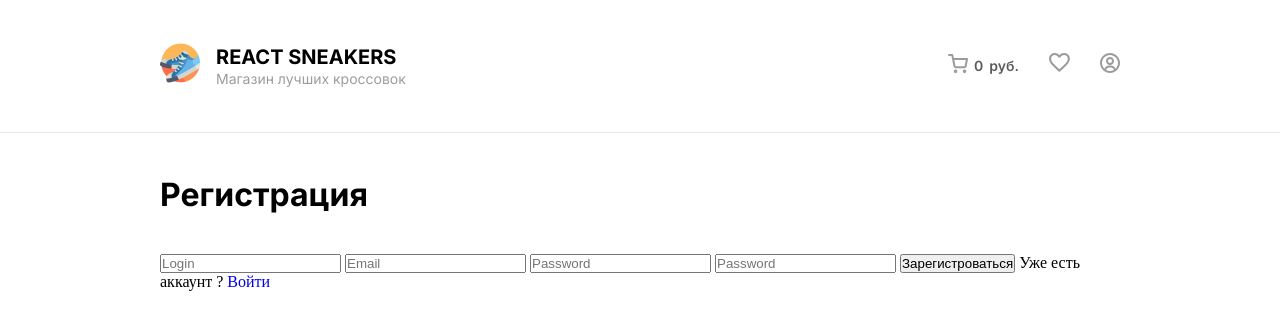
Repository: maxbirimkulov/sneakers20
Page: src/pages/register.html
These files come from the project's save history. The page is drawn as it stood at one moment and after the next save; the edit follows.
The browser window is 1280 px wide. The pictures show the whole page.
The style sheet was rebuilt from its Sass, Less or Tailwind sources for each picture, by a compiler version that may differ from the author's.

Above is the page before, as saved 2022-11-12 20:46:12.

### src/pages/register.html
<!DOCTYPE html>
<html lang="en">
  <head>
    <meta charset="UTF-8" />
    <meta
      name="viewport"
      content="width=device-width, user-scalable=no, initial-scale=1.0, maximum-scale=1.0, minimum-scale=1.0"
    />
    <meta http-equiv="X-UA-Compatible" content="ie=edge" />
    <title>Document</title>
    <link rel="stylesheet" href="../css/style.css" />
  </head>
  <body>
    <div class="floor">
      <header class="header">
        <div class="container">
          <nav class="header__nav">
            <div class="header__logo">
              <img
                src="../images/mainLogo.png"
                alt="Logo"
                class="header__logo-img"
              />
              <div class="header__logo-text">
                <h1 class="header__logo-title">
                  <a href="../../index.html" class="header__logo-title-link"
                    >react sneakers</a
                  >
                </h1>
                <p class="header__logo-subtitle">
                  <a href="../../index.html" class="header__logo-subtitle"
                    >Магазин лучших кроссовок</a
                  >
                </p>
              </div>
            </div>
            <div class="header__links">
              <p class="header__links-basket">
                <span class="header__links-basket-logo"
                  ><svg
                    width="20"
                    height="20"
                    viewBox="0 0 20 20"
                    fill="none"
                    xmlns="http://www.w3.org/2000/svg"
                  >
                    <path
                      d="M7.54548 18.1818C7.99735 18.1818 8.36366 17.8155 8.36366 17.3636C8.36366 16.9118 7.99735 16.5455 7.54548 16.5455C7.09361 16.5455 6.72729 16.9118 6.72729 17.3636C6.72729 17.8155 7.09361 18.1818 7.54548 18.1818Z"
                      stroke="#9B9B9B"
                      stroke-width="2"
                      stroke-linecap="round"
                      stroke-linejoin="round"
                    />
                    <path
                      d="M16.5455 18.1818C16.9973 18.1818 17.3637 17.8155 17.3637 17.3636C17.3637 16.9118 16.9973 16.5455 16.5455 16.5455C16.0936 16.5455 15.7273 16.9118 15.7273 17.3636C15.7273 17.8155 16.0936 18.1818 16.5455 18.1818Z"
                      stroke="#9B9B9B"
                      stroke-width="2"
                      stroke-linecap="round"
                      stroke-linejoin="round"
                    />
                    <path
                      d="M1 1H4.27273L6.46545 11.9555C6.54027 12.3321 6.7452 12.6705 7.04436 12.9113C7.34351 13.1522 7.71784 13.2801 8.10182 13.2727H16.0545C16.4385 13.2801 16.8129 13.1522 17.112 12.9113C17.4112 12.6705 17.6161 12.3321 17.6909 11.9555L19 5.09091H5.09091"
                      stroke="#9B9B9B"
                      stroke-width="2"
                      stroke-linecap="round"
                      stroke-linejoin="round"
                    />
                  </svg>
                </span>
                <span class="total">0</span> руб.
              </p>
              <a href="./favorites.html" class="header__links-favorites"
                ><span class="header__links-favorites-logo"
                  ><svg
                    width="21"
                    height="19"
                    viewBox="0 0 21 19"
                    fill="none"
                    xmlns="http://www.w3.org/2000/svg"
                  >
                    <path
                      d="M15.1003 0C16.7293 0 18.0976 0.54932 19.2052 1.64796C20.3129 2.7466 20.8668 4.08759 20.8668 5.67092C20.8668 6.44643 20.7039 7.23002 20.3781 8.02169C20.0523 8.81335 19.6939 9.51616 19.303 10.1301C18.912 10.744 18.2523 11.5357 17.3238 12.5051C16.3953 13.4745 15.6134 14.2581 14.9781 14.8559C14.3428 15.4537 13.3248 16.3665 11.9239 17.5944L10.4089 18.9515L8.89403 17.6429C7.52572 16.3827 6.51577 15.4537 5.8642 14.8559C5.21262 14.2581 4.42258 13.4745 3.49408 12.5051C2.56559 11.5357 1.90586 10.744 1.51492 10.1301C1.12397 9.51616 0.773748 8.81335 0.464249 8.02169C0.15475 7.23002 0 6.44643 0 5.67092C0 4.08759 0.553841 2.7466 1.66152 1.64796C2.7692 0.54932 4.12123 0 5.71759 0C7.60717 0 9.17095 0.727041 10.4089 2.18112C11.6469 0.727041 13.2107 0 15.1003 0ZM10.5067 16.0918C12.1031 14.6701 13.2677 13.6118 14.0008 12.9171C14.7338 12.2224 15.5401 11.3903 16.4198 10.4209C17.2994 9.45153 17.9102 8.60332 18.2523 7.87628C18.5944 7.14924 18.7654 6.41412 18.7654 5.67092C18.7654 4.63691 18.4152 3.78061 17.7148 3.10204C17.0143 2.42347 16.1428 2.08418 15.1003 2.08418C14.3184 2.08418 13.5772 2.31037 12.8768 2.76276C12.1764 3.21514 11.6795 3.79677 11.3863 4.50765H9.43158C9.17095 3.79677 8.69041 3.21514 7.98997 2.76276C7.28952 2.31037 6.53206 2.08418 5.71759 2.08418C4.67507 2.08418 3.81173 2.42347 3.12757 3.10204C2.44342 3.78061 2.10134 4.63691 2.10134 5.67092C2.10134 6.41412 2.26423 7.14924 2.59002 7.87628C2.91581 8.60332 3.52666 9.45153 4.42258 10.4209C5.3185 11.3903 6.13297 12.2224 6.866 12.9171C7.59902 13.6118 8.74743 14.6701 10.3112 16.0918L10.4089 16.1888L10.5067 16.0918Z"
                      fill="#9B9B9B"
                    />
                  </svg> </span
              ></a>
              <a href="./register.html" class="header__links-user"
                ><span class="header__links-user-logo"
                  ><svg
                    width="20"
                    height="20"
                    viewBox="0 0 20 20"
                    fill="none"
                    xmlns="http://www.w3.org/2000/svg"
                  >
                    <path
                      fill-rule="evenodd"
                      clip-rule="evenodd"
                      d="M0 10C0 4.579 4.579 0 10 0C15.421 0 20 4.579 20 10C20 13.19 18.408 16.078 16 17.924V18H15.898C14.23 19.245 12.187 20 10 20C7.813 20 5.77 19.245 4.102 18H4V17.924C1.592 16.078 0 13.189 0 10ZM7.12347 15.236C6.59154 15.6639 6.22136 16.2604 6.074 16.927C7.242 17.604 8.584 18 10 18C11.416 18 12.758 17.604 13.926 16.927C13.7785 16.2605 13.4082 15.6641 12.8764 15.2362C12.3445 14.8083 11.6827 14.5744 11 14.573H9C8.3173 14.5742 7.6554 14.808 7.12347 15.236ZM13.7677 13.4117C14.5877 13.9574 15.2286 14.7329 15.61 15.641C17.077 14.182 18 12.176 18 10C18 5.663 14.337 2 10 2C5.663 2 2 5.663 2 10C2 12.176 2.923 14.182 4.39 15.641C4.77144 14.7329 5.41227 13.9574 6.23227 13.4117C7.05227 12.866 8.01501 12.5742 9 12.573H11C11.985 12.5742 12.9477 12.866 13.7677 13.4117ZM6 8C6 5.72 7.72 4 10 4C12.28 4 14 5.72 14 8C14 10.28 12.28 12 10 12C7.72 12 6 10.28 6 8ZM8 8C8 9.178 8.822 10 10 10C11.178 10 12 9.178 12 8C12 6.822 11.178 6 10 6C8.822 6 8 6.822 8 8Z"
                      fill="#9B9B9B"
                    />
                  </svg> </span
              ></a>
            </div>
          </nav>
        </div>
      </header>
      <div class="container">
        <form class="register">
          <h2 class="register__title">Регистрация</h2>
          <input class="register__input" type="text" placeholder="Login" />
          <input class="register__input" type="email" placeholder="Email" />
          <input
            class="register__input"
            type="password"
            placeholder="Password"
          />
          <input
            class="register__input"
            type="password"
            placeholder="Password"
          />
          <button type="submit" class="register__btn">Зарегистроваться</button>
          <span>Уже есть аккаунт ? <a href="./login.html">Войти</a></span>
        </form>
      </div>
    </div>
    <script type="module" src="../js/register.js"></script>
  </body>
</html>

### src/js/register.js
import {changeUser, getUserFromLocalStorage} from './user.js'

getUserFromLocalStorage()


let formRegister = document.querySelector('.register')
formRegister.addEventListener('submit', (e) =>{
    e.preventDefault()

    let userData = {
        login:e.target[0].value,
        email:e.target[1].value,
        password:e.target[2].value
    }

    fetch('http://localhost:8080/register', {
        method: "POST",
        headers: {
            'Content-Type':  'application/json'
        },
        body: JSON.stringify(userData)
    }).then((res) => res.json())
        .then((res) => {
            changeUser({
                ...res.user,
                token: res.accessToken
            })
        })
        .catch((err) => console.log(err))

})

### src/js/user.js



export let user = {
    login : "",
    email : ""
}

export const getUserFromLocalStorage = () => {
    if (localStorage.getItem('user') !== null){
        user = JSON.parse(localStorage.getItem('user'))
    }
}


export const changeUser = (data) => {
    user = {...data}
    localStorage.setItem('user', JSON.stringify(user))
    location.href = 'http://localhost:63342/new%20project/index.html'
}

### src/css/style.scss
@import url('https://fonts.googleapis.com/css2?family=DM+Sans:wght@700&family=Inter:wght@400;500;600;700&display=swap');

* {
  margin: 0;
  padding: 0;
  box-sizing: border-box;
  text-decoration: none;
  list-style-type: none;
  transition: 0.3s;
}
.container {
  max-width: 1050px;
  padding: 0 45px;
  margin: 0 auto;
}
$int: 'inter', sans-serif;

@mixin text($ff, $fs, $fw, $fz, $lh, $col) {
  font-family: $ff;
  font-style: $fs;
  font-weight: $fw;
  font-size: $fz;
  @if $lh > 0 {
    line-height: $lh;
  }
  color: $col;
}
body,
.floor {
  background-color: #fff;
}
@import '_header.scss';
@import '_main.scss';
@import '_assort.scss';
@import '_basketPopup.scss';
@import '_card.scss';
@import '_basket.scss';
@import '_favorites.scss';
@import '_basketNone.scss';
@import '_register';

### src/css/_header.scss
.header {
  padding: 43px 0 45px;
  &__nav {
    display: flex;
    justify-content: space-between;
    align-items: center;
  }
  &__logo {
    display: flex;
    &-img {
      width: 40px;
      height: 40px;
    }
    &-text {
      margin-left: 16px;
    }
    &-title {
      &-link {
        @include text($int, normal, 700px, 20px, 0, #000000);
        text-transform: uppercase;
      }
    }
    &-subtitle {
      @include text($int, normal, 400, 14px, 0, #9d9d9d);
    }
  }
  &__links {
    display: flex;
    &-basket {
      display: flex;
      gap: 6px;
      align-items: center;
      @include text($int, normal, 600, 14px, 0, #5c5c5c);
      margin-left: 10px;
      cursor: pointer;
    }
    &-favorites {
      margin: 0 30px;
    }
  }
  border-bottom: 1px solid #eaeaea;
}

### src/css/_main.scss
.swiper {
  width: 100%;
  height: 100%;
}

.swiper-slide {
  display: -webkit-box;
  display: -ms-flexbox;
  display: -webkit-flex;
  display: flex;
  -webkit-box-pack: center;
  -ms-flex-pack: center;
  -webkit-justify-content: center;
  justify-content: center;
  -webkit-box-align: center;
  -ms-flex-align: center;
  -webkit-align-items: center;
  align-items: center;
}

.swiper__icon{
  &-next{
    background-color: white;
    border-radius: 50%;
    cursor: pointer;
    position: absolute;
    right: 0;
    top: 50%;
    transform: translateY(-50%),;
    z-index: 2;
    padding: 8px 14px;
    display: flex;
    justify-content: center;
    align-items: center;
    transition: 0.2s;
    -webkit-box-shadow: 0px 0px 11px 5px rgba(0, 0, 0, 0.01);
    -moz-box-shadow: 0px 0px 11px 5px rgba(0, 0, 0, 0.01);
    box-shadow: 0px 0px 11px 5px rgba(0, 0, 0, 0.01);
    &:hover{
      transition: 0.2s;
      -webkit-box-shadow: 0px 0px 11px 5px rgba(0, 0, 0, 0.07);
      -moz-box-shadow: 0px 0px 11px 5px rgba(0, 0, 0, 0.07);
      box-shadow: 0px 0px 11px 5px rgba(0, 0, 0, 0.07);
    }
  }
  &-prev{
    background-color: white;
    border-radius: 50%;
    position: absolute;
    left: 0;
    top: 50%;
    cursor: pointer;
    transform:translateY(-50%) rotate(180deg);
    z-index: 2;
    padding: 8px 14px;
    display: flex;
    justify-content: center;
    align-items: center;
    transition: 0.2s;
    -webkit-box-shadow: 0px 0px 11px 5px rgba(0, 0, 0, 0.01);
    -moz-box-shadow: 0px 0px 11px 5px rgba(0, 0, 0, 0.01);
    box-shadow: 0px 0px 11px 5px rgba(0, 0, 0, 0.01);
    &:hover{
      transition: 0.2s;
      -webkit-box-shadow: 0px 0px 11px 5px rgba(0, 0, 0, 0.07);
      -moz-box-shadow: 0px 0px 11px 5px rgba(0, 0, 0, 0.07);
      box-shadow: 0px 0px 11px 5px rgba(0, 0, 0, 0.07);
    }
  }
}

.main{
  &__swipe{
    &-block{
      background-color: #F4EFE9;
      border-radius: 20px;
      max-height: 300px;
      display: flex;
      align-items: center;
      justify-content: space-between;
      width: 100%;
    }
    &-box{
      position: relative;
      padding: 16px 0 20px 51px;
      min-height: 300px;
      &-scn{
        margin: 0;
        padding: 0;
        max-width: 641.18px;
      }
      &-desc{
        @include text($int,normal,700,38px,46px,#8BB43C);
        margin: 32px 17.45px 10.45px 35px;
        &-black{
          color: black;
        }
      }
      &-btn{
        position: absolute;
        padding: 14px 60px;
        border-radius: 110px;
        @include text($int,normal,700px,16px, 0, white);
        text-transform: uppercase;
        background-color: #A5D364;
        bottom: 45px;
        left: 27%;
        transform: translate(-50%, -50);
        transition: 0.2s;
        &:hover{
          transition: 0.2s;
          transform: scale(1.1);
        }
      }
      &-img{
        width: 100%;
      }
    }
  }
}

### src/css/_assort.scss
.main__assort {
  &-topContent {
    display: flex;
    flex-wrap: wrap;
    justify-content: space-between;
    padding: 37px 0 36px;
    width: 100%;
  }
  &-filter {
    display: flex;
    justify-content: space-between;
    align-items: center;
    gap: 10px;
  }
  &-select {
    background: transparent;
    border: 1px solid #bdbdbd;
    border-radius: 8px;
    padding: 0 10px;
    height: 40px;
  }
  &-form {
    margin: 15px 0 0;
    display: flex;
    align-items: center;
    position: relative;
    &-input {
      border-radius: 10px;
      border: 1px solid #bdbdbd;
      outline: none;
      padding: 13px 40px 15px 46px;
      max-width: 250px;
      &::-webkit-input-placeholder {
        color: #c4c4c4;
      }
      &::-moz-placeholder {
        color: #c4c4c4;
      }
      &:-ms-input-placeholder {
        color: #c4c4c4;
      }
      &::-ms-input-placeholder {
        color: #c4c4c4;
      }
      &::placeholder {
        color: #c4c4c4;
      }
      &::-webkit-search-cancel-button {
        position: absolute;
        right: 18px;
        cursor: pointer;
        color: #5c5c5c;
      }
    }
    &-icon {
      position: absolute;
      left: 18px;
      top: 50%;
      transform: translateY(-50%);
    }
  }
  &-title {
    @include text($int, normal, 700, 32px, 0, black);
  }
  &-mainContent {
    min-height: 700px;
    position: relative;
    display: flex;
    justify-content: center;
    align-items: center;
    flex-wrap: wrap;
    gap: 40px;
    &-shoes {
      border: 1px solid #bdbdbd;
      border-radius: 40px;
      padding: 20px 29px 34px 30px;
      max-width: 210px;
    }
    &-favorites {
      display: inline-block;
      position: absolute;
      border: 1px solid #f8f8f8;
      border-radius: 7px;
      padding: 9.6px 9.07px 3.59px;
      cursor: pointer;
      &:hover {
        transform: scale(1.13);
        background-color: rgba(253, 239, 239, 0.87);
        transition: 0.2s;
      }
      &-active {
        display: none;
        position: absolute;
        background-color: #fef0f0;
        border: 1px solid transparent;
        border-radius: 7px;
        padding: 9.6px 9.07px 3.59px;
        cursor: pointer;
      }
    }
    &-product {
      &-desc {
        @include text($int, normal, 400, 14px, 17px, black);
      }
      &-pricesDesc {
        margin-top: 14px;
        display: flex;
        justify-content: space-between;
        align-items: center;
        &-price {
          @include text($int, normal, 500, 11px, 13px, #bdbdbd);
          text-transform: uppercase;
        }
        &-cost {
          @include text($int, normal, 700, 14px, 17px, black);
        }
        &-addBask {
          cursor: pointer;
          display: inline-block;
          padding: 5.33px 8.33px;
          border: 1px solid #f2f2f2;
          border-radius: 8px;
          transition: 0.2s;
          &:hover {
            transform: scale(1.13);
            background-color: rgba(253, 239, 239, 0.87);
            transition: 0.2s;
          }
          &-active {
            cursor: pointer;
            max-height: 32px;
            max-width: 32px;
            padding: 5.33px 8.33px;
            border: 1px solid white;
            border-radius: 8px;
            background: linear-gradient(180deg, #89f09c 0%, #3cc755 100%);
            transition: 0.2s;
            &:hover {
              transform: scale(1.13);
              transition: 0.2s;
            }
          }
        }
      }
    }
  }
}

### src/css/_basketPopup.scss
.basket {
  transform: translateX(100%);
  background: rgba(0, 00, 000, 0.4);
  height: 100vh;
  width: 100vw;
  z-index: 100;
  position: fixed;
  left: 0;
  top: 0;
  bottom: 0;
  &__cards {
    margin-top: 20px;
    max-height: 400px;
    overflow-y:  scroll;
    display: flex;
    gap: 20px;
    flex-wrap: wrap;
  }

  &__card {
    position: relative;  width: 100%;  height: 120px;  padding: 0 30px;    background: #FFFFFF;  border: 1px solid #F3F3F3;  border-radius: 20px;  &:hover {
    box-shadow: 0px 14px 30px 0px rgba(0, 0, 0, 0.05);  }
    &-img {
      position: absolute;    left: 20px;    top: 50%;    transform: translateY(-50%);    max-width: 80px;  }
    &__name {
      position: absolute;    width: 133px;    height: 36px;    overflow: hidden;    left: 120px;    top: 30px;    font-family: 'Inter', sans-serif;    font-style: normal;    font-weight: 400;    font-size: 14px;    line-height: 17px;    color: #000000;  }
    &__sum {
      position: absolute;    left: 120px;    bottom: 30px;    font-family: 'Inter', sans-serif;    font-style: normal;    font-weight: 700;    font-size: 14px;color: #000000;  }
    &__X {
      position: absolute;    right: 20px;    top: 50%;    transform: translateY(-50%);    max-width: 70px;    cursor: pointer;  }
  }
  &.show {
    transform: translateX(0%);
  }
  &__content {
    display: flex;
    flex-direction: column;
    justify-content: space-between;
    background: #fff;
    position: fixed;
    padding: 30px;
    height: 100vh;
    width: 385px;
    top: 0;
    right: 0;
  }
  &__title {
    @include text($int, normal, 700, 24px, 29px, #000000);
  }
  &__text {
    display: flex;
    justify-content: space-between;
    margin-bottom: 19px;
    &:last-of-type {
      margin-bottom: 24px;
    }
    &-desc {
      @include text($int, normal, 400, 16px, 19px, #000000);
    }
    &-sum {
      @include text($int, normal, 600, 16px, 19px, #000000);
    }
  }
  &__btn {
    @include text($int, normal, 600, 16px, 19px, #fff);
    padding: 12px 0;
    background: #9dd558;
    border-radius: 18px;
    border: 1px solid #9dd558;
    width: 100%;
  }
}

.name {
  font-size: 30px;
  color: red;
  text-align: center;
}

### src/css/_card.scss
.info {
  background: antiquewhite;
  padding: 40px 0;
  &__block {
    display: flex;
    flex-wrap: wrap;
    -moz-column-gap: 40px;
         column-gap: 40px;
    row-gap: 40px;
  }
  &__card {
    width: calc(25% - 30px);
    background: #ffffff;
    border: 1px solid #f3f3f3;
    border-radius: 40px;
    padding: 20px 40px;
    cursor: pointer;
    transition: 0.2s;
    &:hover {
      background: #ffffff;
      border: 1px solid #f8f8f8;
      box-shadow: 0 14px 30px rgba(0, 0, 0, 0.05);
      border-radius: 40px;
      transition: 0.2s;
      transform: scale(1.05);
    }
  }
  &__desc {
    @include text($int, normal, 400, 14px, 17px, #000);
    margin: 14px 0;
  }
  &__bottom {
    display: flex;
    justify-content: space-between;
  }
  &__sel {
    @include text($int, normal, 500, 11px, 13px, #bdbdbd);
    text-transform: uppercase;
  }
  &__sum {
    @include text($int, normal, 700, 14px, 17px, #000);
  }
}

### src/css/_basket.scss
.basket__main{
  &-topContent{
    padding: 42px 0 40px;
    &-nav{
      display: flex;
      align-items: center;
      gap: 21px;
    }
    &-title{
      @include text($int, normal, 700, 32px, 0, black)
    }
    &-link{
      padding: 8px 14px;
      max-width: 35px;
      max-height: 35px;
      display: flex;
      justify-content: center;
      align-items: center;
      border: 1px solid #F2F2F2;
      border-radius: 8px;
    }
  }
  &-mainContent{
    &-assort{
      display: flex;
      flex-wrap: wrap;
      gap: 40px;
    }
  }
}

### src/css/_favorites.scss
.main__assort-mainContent-favorites{
  &-off{
    display: none;
  }
  &-on{
    display: inline-block;
  }
}

### src/css/_basketNone.scss
.basketNone__main {
  display: flex;
  justify-content: center;
  align-items: center;
  padding: 240px 0;
  &-none {
    display: flex;
    flex-wrap: wrap;
    justify-content: center;
    align-items: center;
    max-width: 280px;
    &-text{
      text-align: center;
    }
    &-title {
      margin-top: 24px;
      text-align: center;
      @include text($int, normal, 600, 24px, 0, black);
    }

    &-desc {
      text-align: center;
      margin: 11px 0 41px;
      @include text($int, normal, 400, 16px, 24px, black);
    }

    &-link {
      padding: 17px 40px 19px;
      background-color: #9DD458;
      border-radius: 18px;
      @include text($int, normal, 400, 16px, 0, white);

      &-icon {
        margin-right: 17px;

      }
    }
  }
}

### src/css/_register.scss
.register {
  &__title {
    @include text($int, normal, 700, 32px, 0, black);
    margin: 42px auto 40px;
  }
}

After the next save:
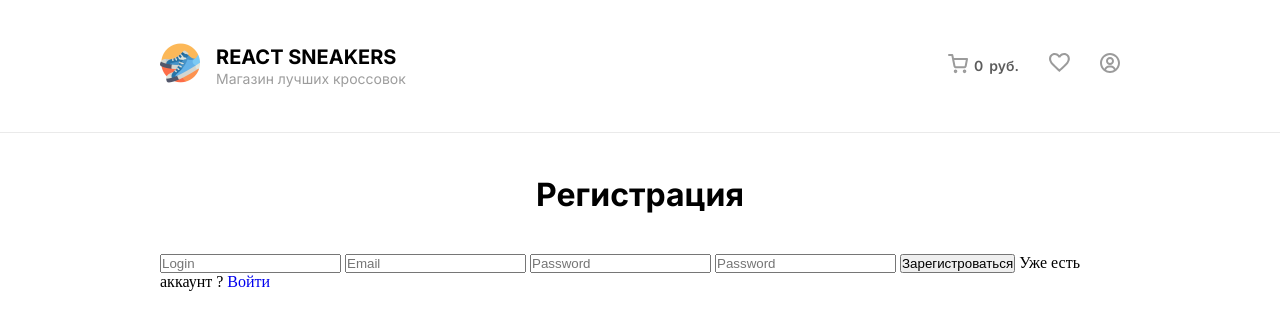
Saved 17 s later.
--- a/src/css/_register.scss
+++ b/src/css/_register.scss
@@ -2,5 +2,8 @@
   &__title {
     @include text($int, normal, 700, 32px, 0, black);
     margin: 42px auto 40px;
+    width: -webkit-fit-content;
+    width: -moz-fit-content;
+    width: fit-content;
   }
 }
